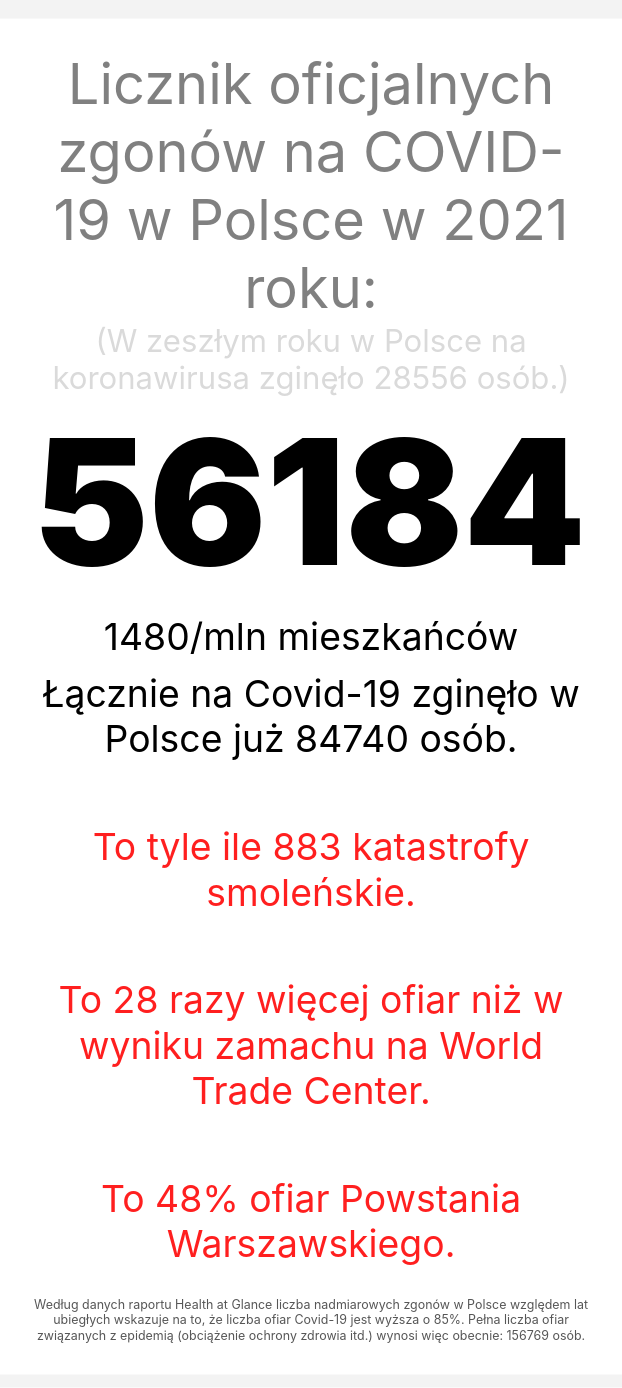
Repository: michalgornicki/poland-covid
Page: /
These files come from the project's save history. The page is drawn as it stood at one moment and after a run of saves; the edit follows.
The browser window is 768 px wide. The pictures show the whole page, at 81% of full size.
The project was rebuilt for these pictures with package versions that can differ from the ones it lists, and the page was loaded fresh each time.

Above is the page before, as saved 2021-12-04 21:17:23.

### src/App.jsx
import React, { useEffect } from "react";
import "./App.css";

function App() {
  const startTime = () => {
    const date = new Date();
    let miliseconds = date.getTime();
    let seconds = Math.round(miliseconds / 1000);
    let thisYearSeconds = Math.round(seconds - 1609401600);
    let deaths = Math.round(thisYearSeconds * 0.00192110763);
    let allDeaths = deaths + 28556;
    let excessDeaths = Math.round(allDeaths*1.85);
    let smolensk = Math.round(allDeaths / 96);
    let tradeCenter = Math.round(allDeaths / 2977);
    let uprising = (allDeaths / 175000).toFixed(2) * 100;


    document.getElementsByClassName("counter")[0].innerHTML = deaths;
    let deathsPerMillion = Math.round(deaths / 37.95);
    document.getElementsByClassName("counter-2")[0].innerHTML =
      deathsPerMillion + "/mln mieszkańców";
    document.getElementsByClassName("counter-3")[0].innerHTML =
      "Łącznie na Covid-19 zginęło w Polsce już " + (deaths + 28556) + " osób.";
    document.getElementsByClassName("counter-4")[0].innerHTML =
      "To tyle ile " + smolensk + " katastrofy smoleńskie.";
      document.getElementsByClassName("counter-4")[1].innerHTML =
      "To " + tradeCenter + " razy więcej ofiar niż w wyniku zamachu na World Trade Center.";
      document.getElementsByClassName("counter-4")[2].innerHTML =
      "To " + uprising + "% ofiar Powstania Warszawskiego.";

      document.getElementsByClassName("counter-5")[0].innerHTML =
      "Według danych raportu Health at Glance liczba nadmiarowych zgonów w Polsce względem lat ubiegłych wskazuje na to, że liczba ofiar Covid-19 jest wyższa o 85%. Pełna liczba ofiar związanych z epidemią (obciążenie ochrony zdrowia itd.) wynosi więc obecnie: " + (excessDeaths) + " osób.";

    setTimeout(startTime, 1000);
  };

  useEffect(() => {
    startTime();
  });

  return (
    <p>
      <div className="text-container">
        <div className="header">
          Licznik oficjalnych zgonów na COVID-19 w Polsce w 2021 roku:
        </div>
        <div className="header-2">
          (W zeszłym roku w Polsce na koronawirusa zginęło 28556 osób.)
        </div>
        <div className="counter">{""}</div>
        <div className="counter-2">{""}</div>
        <div className="counter-3"></div>
        <div className="counter-4"></div>
        <div className="counter-4"></div>
        <div className="counter-4"></div>
        <div className="counter-5"></div>
      </div>
    </p>
  );
}

export default App;

### src/App.css
body{
    background-color: rgb(243, 243, 243);
}

.text-container{
    display: block;
    margin: auto;
    background-color: white;
    width: 60%;
    padding: 5vmin;
}

.header{
    font-size: 6vmin;
    display: block;
    margin: auto;
    width: 50%;
    text-align: center;
    color: gray;
}

.header-2{
    font-size: 2vmin;
    display: block;
    margin: auto;
    width: 50%;
    text-align: center;
    color: rgb(218, 218, 218);
}

.counter{
    font-size: 20vmin;
    font-weight: 900;
    display: block;
    margin: auto;
    width: 50%;
    text-align: center;
    color: rgb(0, 0, 0);
}

.counter-2{
    font-size: 3vmin;
    display: block;
    margin: auto;
    margin-top: 1vmin;
    width: 50%;
    text-align: center;
}

.counter-3{
    font-size: 3vmin;
    display: block;
    margin: auto;
    margin-top: 2vmin;
    width: 50%;
    text-align: center;
    color: rgb(0, 0, 0);
}

.counter-4{
    font-size: 2.5vmin;
    display: block;
    margin: auto;
    margin-top: 2vmin;
    width: 70%;
    text-align: center;
    color: rgb(255, 31, 31);
}


.counter-5{
    font-size: 2vmin;
    display: block;
    margin: auto;
    margin-top: 5vmin;
    width: fit-content;
    text-align: center;
    color: rgb(87, 87, 87);
}

@media only screen and (max-width: 800px) {

    .text-container{
        display: block;
        margin: auto;
        margin-top: 3%;
        background-color: white;
        width: 90%;
        padding: 5vmin;
    }

    .header{
        font-size: 9vmin;
        display: block;
        margin: auto;
        width: 100%;
        text-align: center;
        color: gray;
    }

    .header-2{
        font-size: 5vmin;
        display: block;
        margin: auto;
        width: 100%;
        text-align: center;
        color: rgb(218, 218, 218);
    }

    .counter{
        font-size: 28vmin;
        font-weight: 900;
        display: block;
        margin: auto;
        width: fit-content;
        text-align: center;
        color: rgb(0, 0, 0);
    }

    .counter-2{
        font-size: 6vmin;
        display: block;
        margin: auto;
        margin-top: 1vmin;
        width: fit-content;
        text-align: center;
    }

    .counter-3{
        font-size: 6vmin;
        display: block;
        margin: auto;
        margin-top: 2vmin;
        width: fit-content;
        text-align: center;
        color: rgb(0, 0, 0);
    }

    .counter-4{
        font-size: 6vmin;
        display: block;
        margin: auto;
        margin-top: 10vmin;
        width: fit-content;
        text-align: center;
        color: rgb(255, 31, 31);
    }

}

Loaded but not shown: public/index.html (common file); src/index.js (common file); src/index.css (common file); src/reportWebVitals.js (common file)

After the next 2 saves:
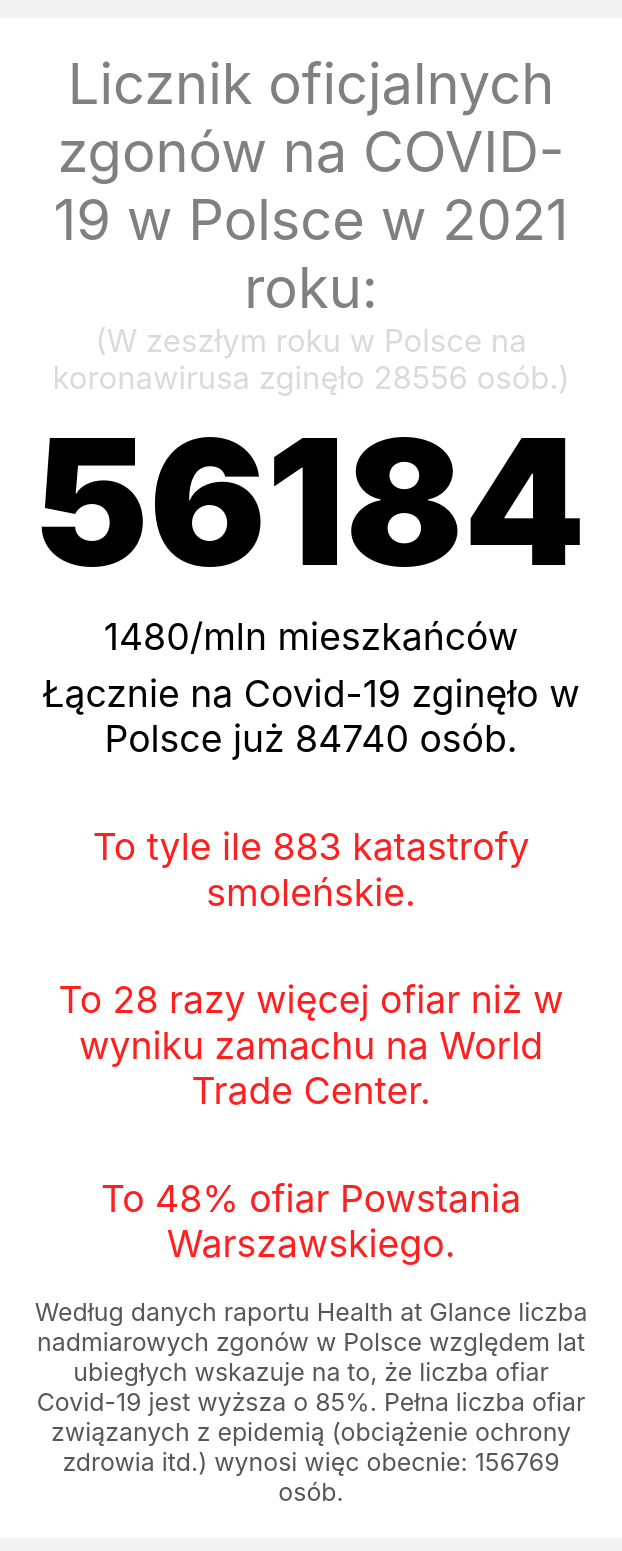
The 2 saves are shown as one change because they came seconds apart.
The last was saved 20 s later.
--- a/src/App.css
+++ b/src/App.css
@@ -146,4 +146,15 @@ body{
         color: rgb(255, 31, 31);
     }
 
+
+    .counter-5{
+        font-size: 4vmin;
+        display: block;
+        margin: auto;
+        margin-top: 5vmin;
+        width: fit-content;
+        text-align: center;
+        color: rgb(87, 87, 87);
+    }
+
 }
